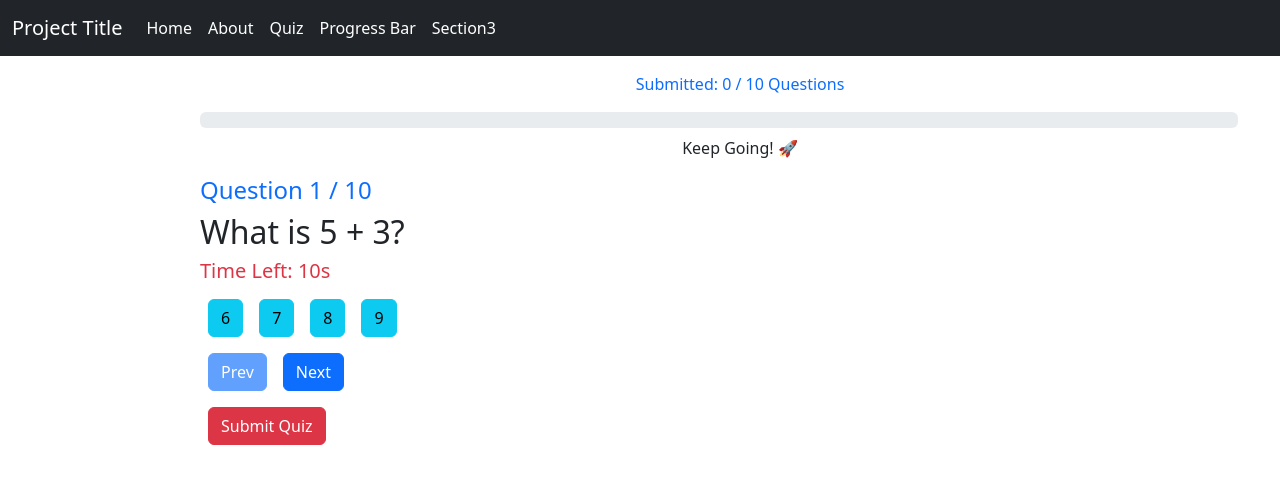
Repository: rahul-chakradhari/devquest
Page: /quiz (app in project/)
These files come from the project's save history. The page is drawn as it stood at one moment and after the next save; the edit follows.
The browser window is 1280 px wide. The pictures show the whole page.
The project was rebuilt for these pictures with package versions that can differ from the ones it lists, and the page was loaded fresh each time. Also part of the build but not shown: project/vite.config.js, project/src/components/Home.jsx, project/src/components/About.jsx, project/src/components/Section3.jsx, project/src/index.css.

Above is the page before, as saved 2025-02-23 15:52:32.

After the next save:
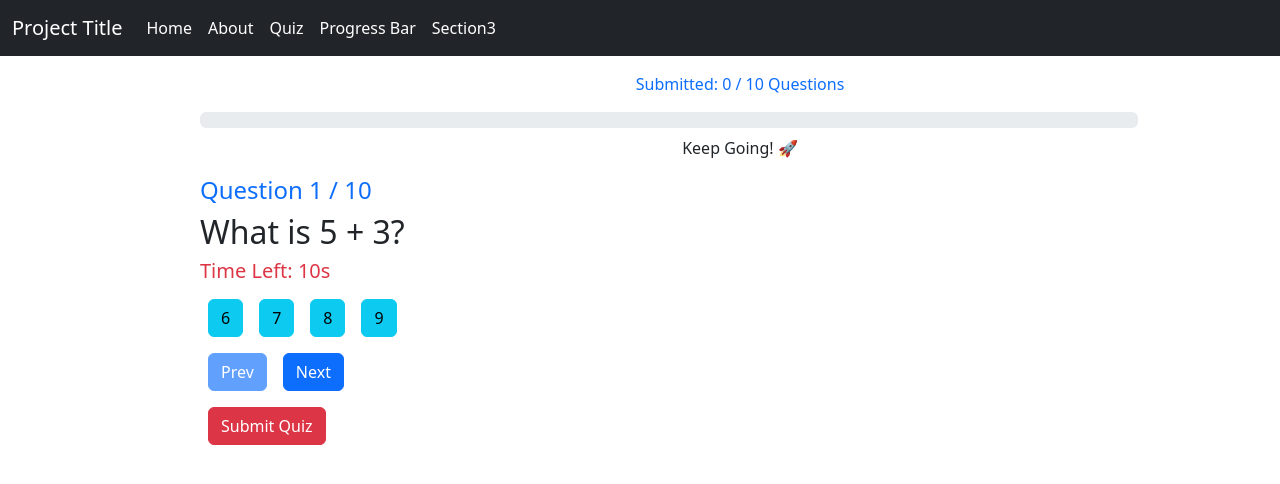
Saved 9 s later.
--- a/project/src/App.css
+++ b/project/src/App.css
@@ -30,5 +30,5 @@
   margin-top: 12px;
 }
 .progress {
-  margin-right: 42px;
+  margin-right: 142px;
 }
